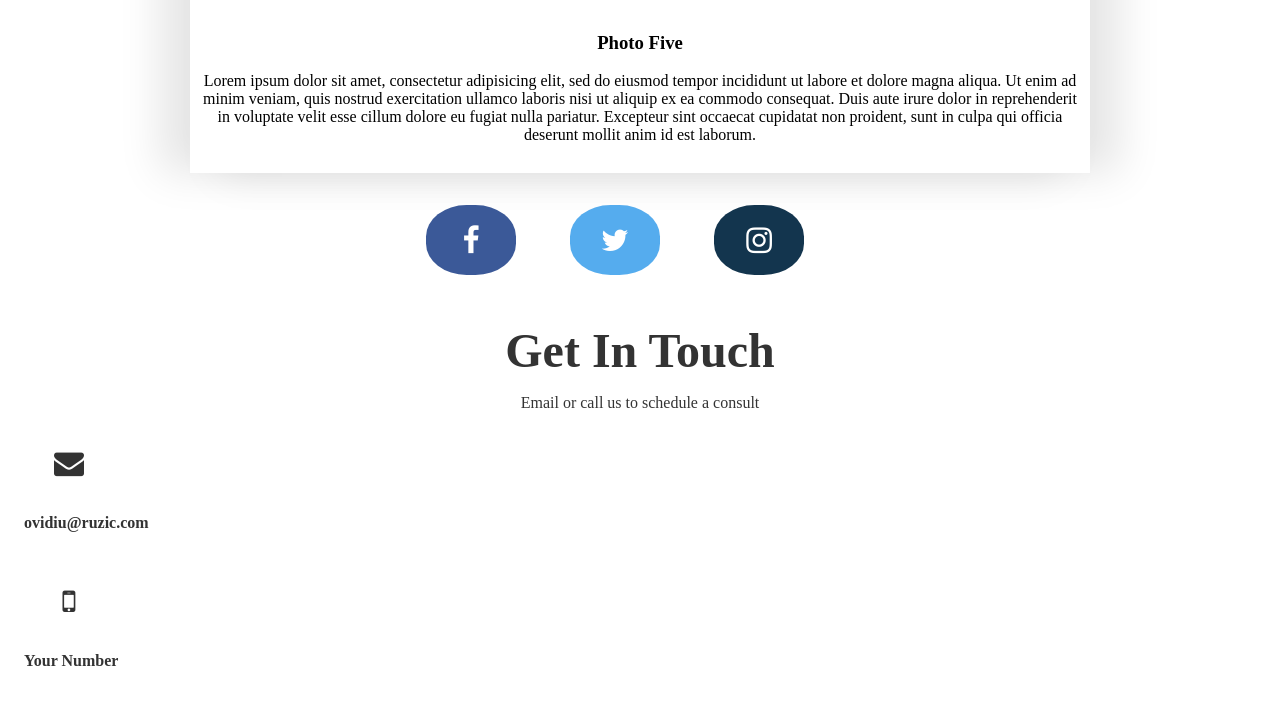
Repository: konstantin0s/mobile-photography
Page: index.html
The author's editor kept a copy of each file at every save. The page is drawn from the files as they stood at one save, then again after the next save.
The browser window is 1280 px wide. The pictures show the part of the page from y = 4062 to 4788 px (the page is 4788 px tall).

Above is the page before, as saved 2019-05-11 15:06:15.

After the next save:
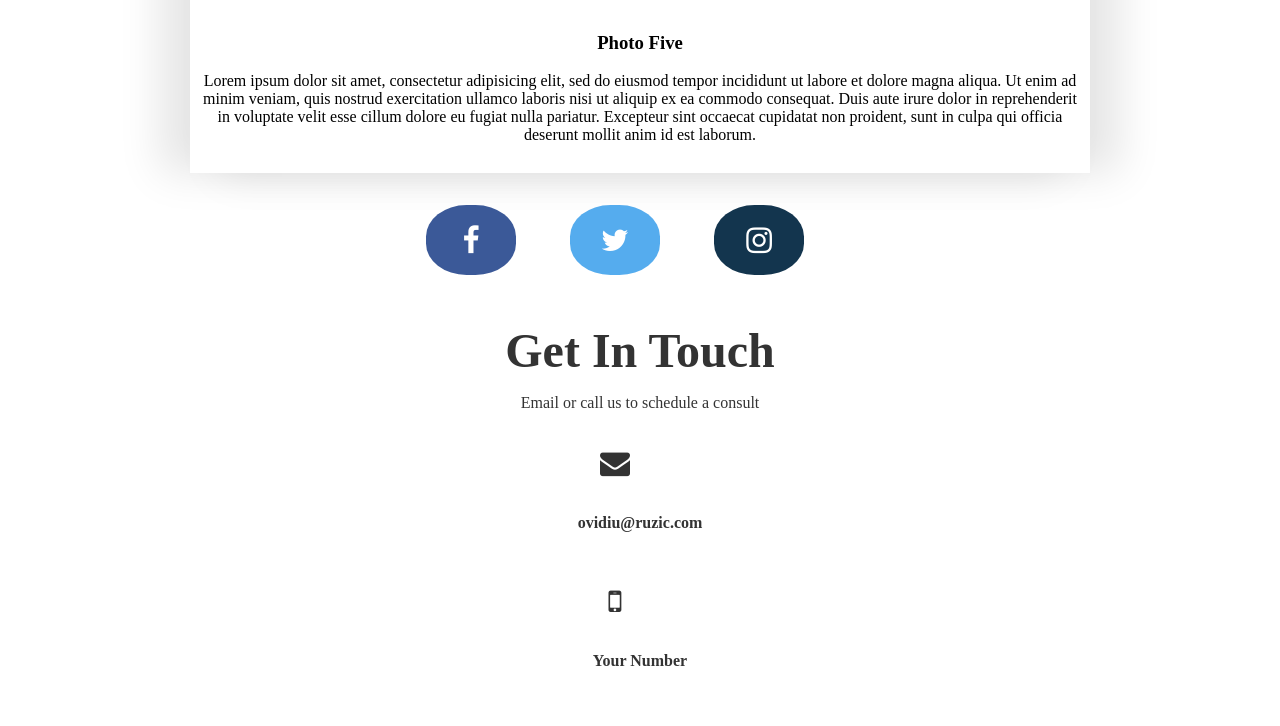
Saved 4 s later.
--- a/css/style.css
+++ b/css/style.css
@@ -168,7 +168,7 @@ height: 30px; */
   display: flex;
  flex-direction: column;
  justify-content: space-evenly;
- align-items: flex-start;
+ align-items: center;
 }
 
 /* Screen size 500px and up*/
